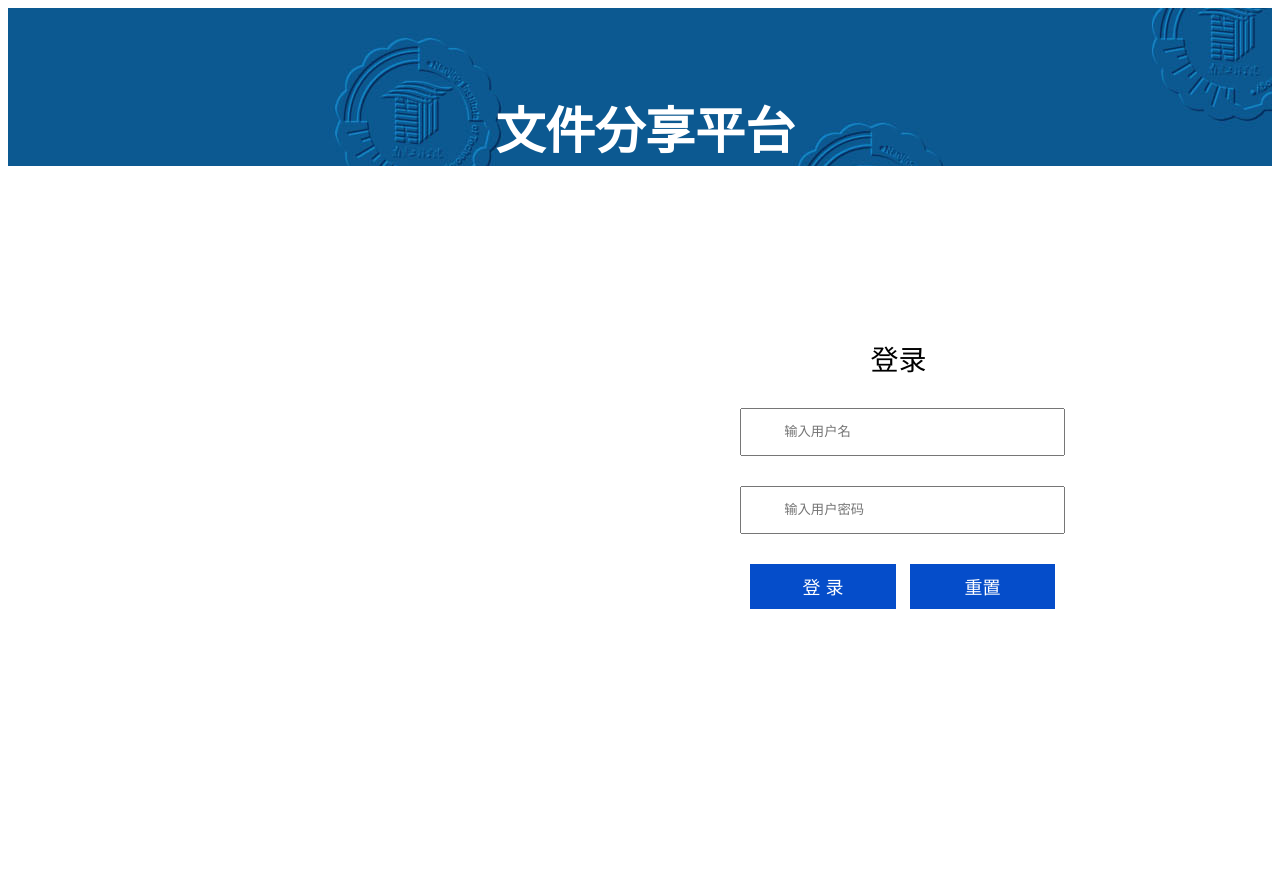
Repository: shunchensaber/Javaweb
Page: http://localhost/Web/MyHomePage.jsp
The author's editor kept a copy of each file at every save. The page is drawn from the files as they stood at one save, then again after the next save.
The browser window is 1280 px wide. The pictures show the whole page.
The page is served by Tomcat 9.

Above is the page before, as saved 2019-03-26 14:39:17.

### Web/WebContent/MyHomePage.jsp
<%@ page language="java" contentType="text/html; charset=UTF-8"
    pageEncoding="UTF-8"%>
<!DOCTYPE html>
<html>
<head>
<style type="text/css">@import url("Myhomepage.css");
#wrap {

	height: 719px;
	width: 100;
	position: relative;
}

#wrap .logGet {
	height: 408px;
	width: 368px;
	position: absolute;
	background-color: #FFFFFF;
	top: 20%;
	right: 15%;
}
.logC a button {
	width: 46%;
	height: 45px;
	margin-left:10px;
	background-color:#054dca;
	border: none;
	color: white;
	font-size: 18px;
}
#p1 {

	font-size: 28px;
	margin-top: 30px;
	width: 86%;
}
#wrap .logGet .logD.logDtip {
	width: 86%;
	border-bottom: 1px solid #ee7700;
	margin-bottom: 60px;
	margin-top: 0px;
	margin-right: auto;
	margin-left: auto;
}
.logGet .lgD img {
	position: absolute;
	top: 12px;
	left: 8px;
}
.logGet .lgD input {
	width: 100%;
	height: 42px;
	text-indent: 2.5rem;
}
#wrap .logGet .lgD {
	width: 86%;
	position: relative;
	margin-bottom: 30px;
	margin-top: 30px;
	margin-right: auto;
	margin-left: auto;
}
#wrap .logGet .logC {
	width: 86%;
	margin-top: 0px;
	margin-right: auto;
	margin-bottom: 0px;
	margin-left: auto;
}

</style>
<meta charset="UTF-8">
<title>文件分享平台</title>
</head>
<body>



<table style="background-image: url('image/header_bg.jpg');width: 100%">
<tr>
<th><!--  <img src="./image/logo.png" style="padding-left: 150px">--></th>
	<th >
	<p class="a" style="padding-top: 30px;padding-bottom: 0px;margin-bottom: 0px">
	<font face="华文云彩">文件分享平台</font>
	</th>
	</table>

<div class="wrap" id="wrap">
	<div class="logGet">
			<!-- 头部提示信息 -->

				<p style="text-align: center;font-size: 28px;">登录</p>

			<!-- 输入框 -->
			<div class="lgD">

				<input type="text"
					placeholder="输入用户名" />
			</div>
			<div class="lgD">

				<input type="text"
					placeholder="输入用户密码" />
			</div>
			<div class="logC">
				<a href="index.html" target="_self"><button>登 录</button></a>
				<a href=""  "><button type="reset">重置</button></a>
			</div>
		</div>
</div>





</body>
</html>

### Web/WebContent/Myhomepage.css
@charset "UTF-8";
#header
{

	background-image: url("image/header_bg.jpg");
	 min-width:1200px;
     margin:0 auto;



}
p.a
{
	font-size: 50px;
	color: white;
	font-family: fantasy;
}
#cont
{
	position: absolute;
	top:20px;
	right:1000px;
	background-image: url(image/bg.jpg);
}

After the next save:
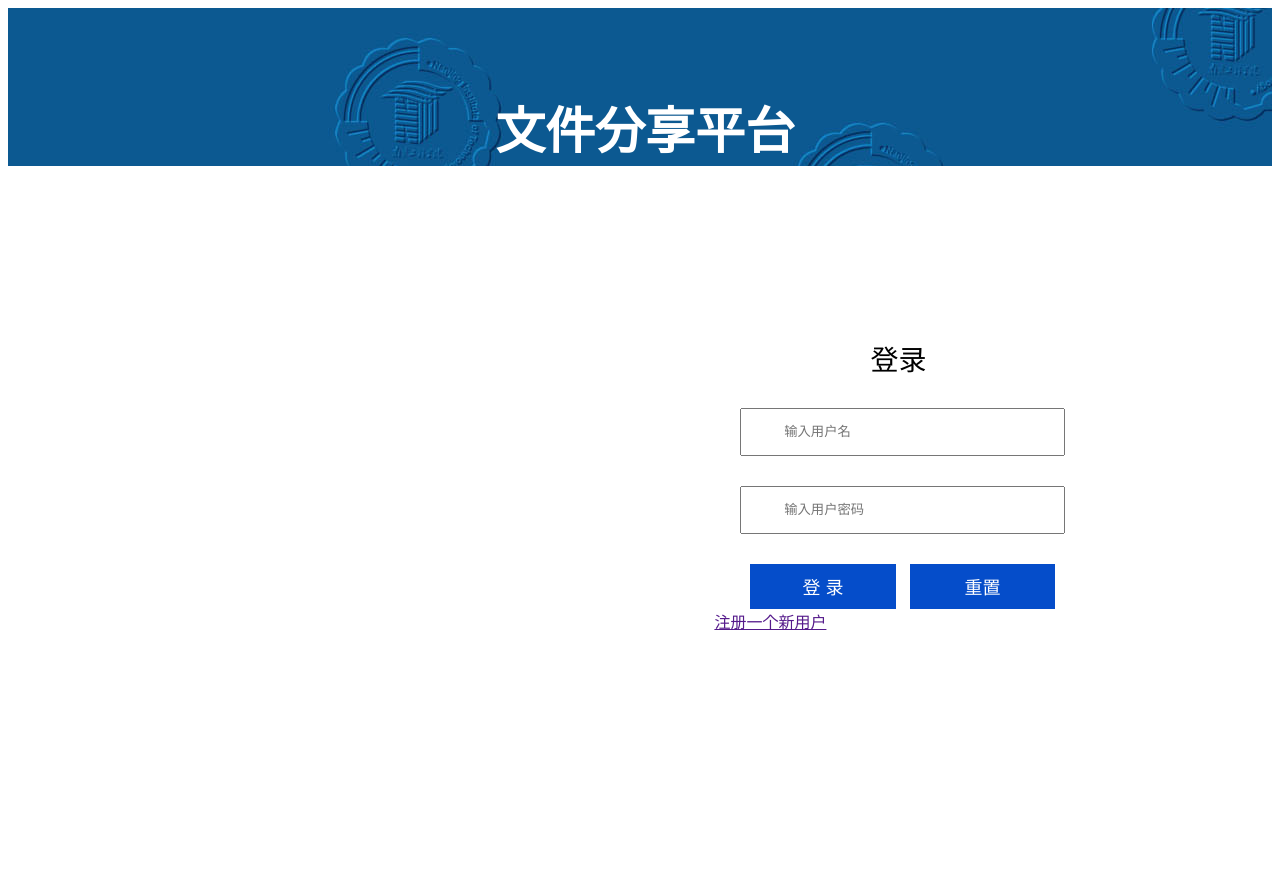
Saved 10 min 4 s later.
--- a/Web/WebContent/MyHomePage.jsp
+++ b/Web/WebContent/MyHomePage.jsp
@@ -104,8 +104,11 @@
 			</div>
 			<div class="logC">
 				<a href="index.html" target="_self"><button>登 录</button></a>
-				<a href=""  "><button type="reset">重置</button></a>
+				<a href="" ><button type="reset">重置</button></a>
 			</div>
+			<a href="">注册一个新用户</a>
+
+
 		</div>
 </div>
 
